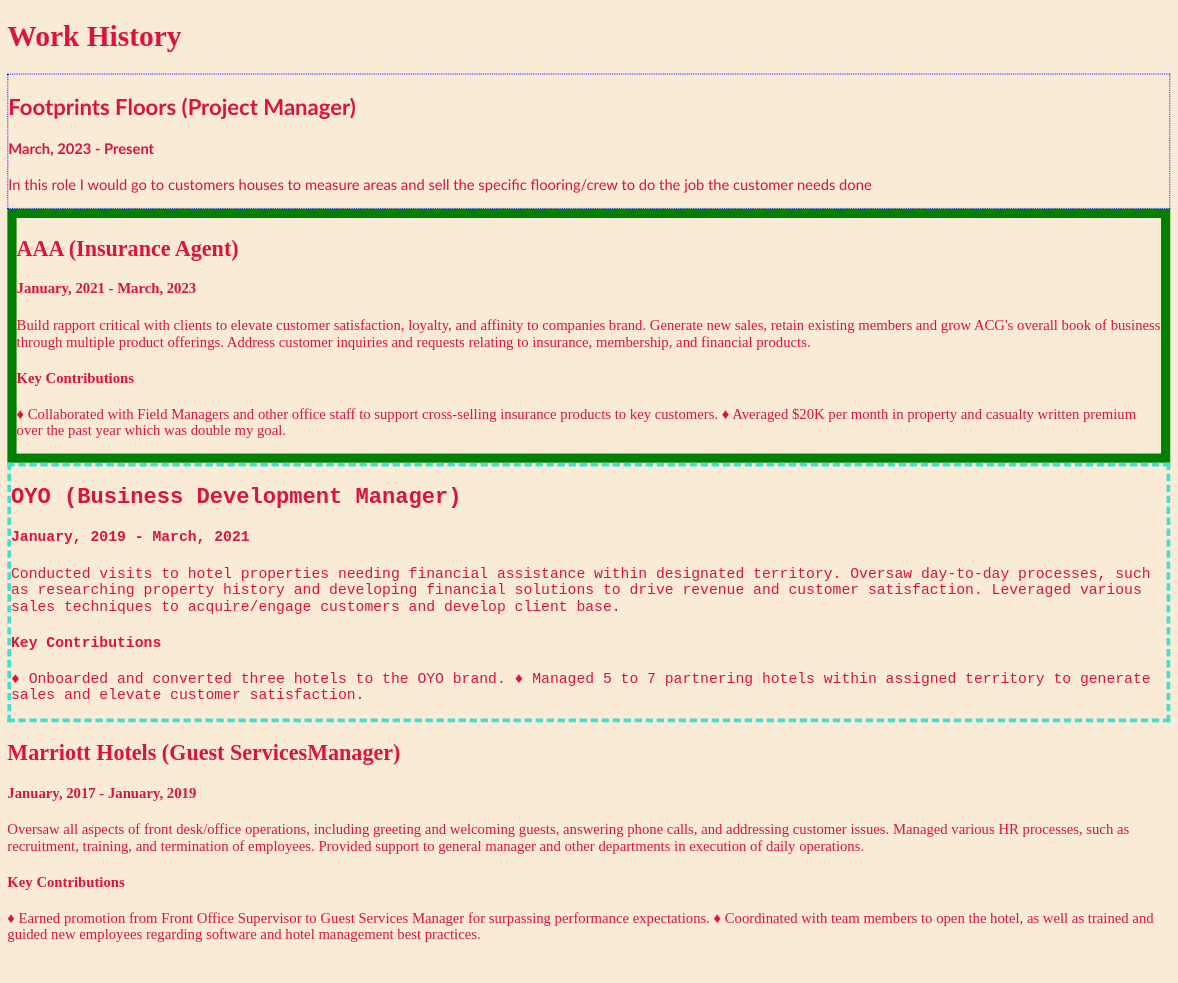
Repository: TEazy2433/LAB-HTML-Resume
Page: index.html
An editor plug-in stored every save of this project. The page is shown before and after the next save, followed by the edit.
The browser window is 1280 px wide. The pictures show the whole page, at 92% of full size.

Above is the page before, as saved 2023-10-11 20:34:59.

After the next save:
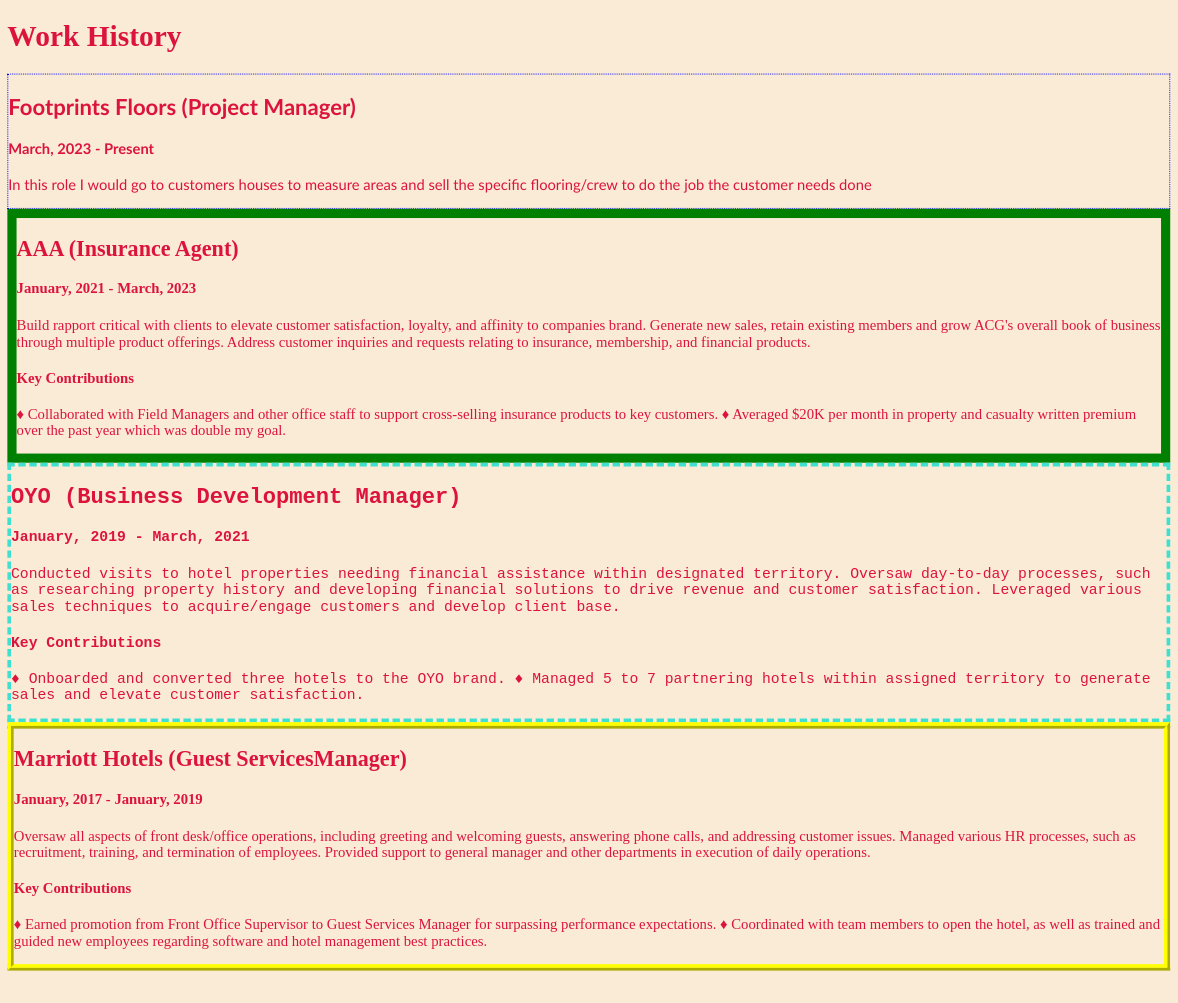
Saved 70 s later.
--- a/main.css
+++ b/main.css
@@ -40,4 +40,5 @@
 
 #articleFour{
   font-family: fantasy;
+  border: 7px ridge yellow
 }
